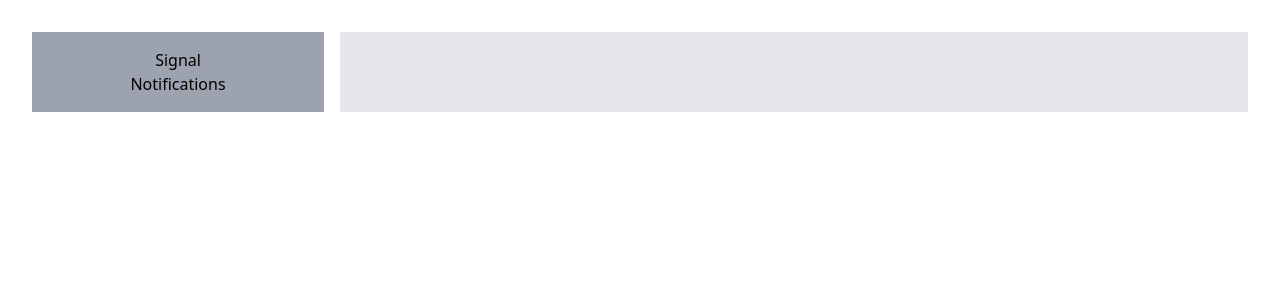
Repository: RahmanRakib9/Aurora-client-side
Page: /
The author's editor kept a copy of each file at every save. The page is drawn from the files as they stood at one save, then again after the next save.
The browser window is 1280 px wide. The pictures show the whole page.
The project was rebuilt for these pictures with package versions that can differ from the ones it lists, and the page was loaded fresh each time. Also part of the build but not shown: vite.config.js, src/components/home/Sidebar.jsx, src/components/home/Signal.jsx, src/components/home/Notification.jsx.

Above is the page before, as saved 2023-05-12 02:24:19.

After the next save:
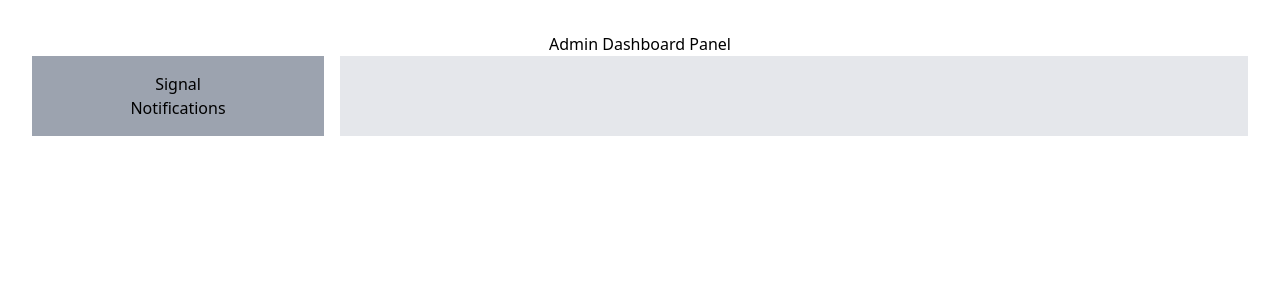
Saved 22 s later.
--- a/src/components/home/Home.jsx
+++ b/src/components/home/Home.jsx
@@ -5,6 +5,7 @@
 const Home = () => {
   return (
     <div>
+      <h1>Admin Dashboard Panel</h1>
       <div className="grid grid-cols-8 gap-4">
         <div className="col-span-8 md:col-span-2 bg-gray-400 p-4">
           <NavLink

After the save that followed:
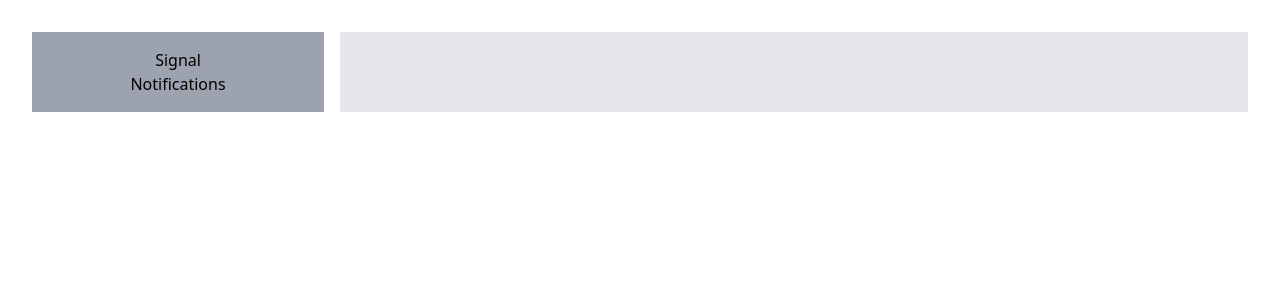
Saved 7 s later.
--- a/src/components/home/Home.jsx
+++ b/src/components/home/Home.jsx
@@ -5,7 +5,6 @@
 const Home = () => {
   return (
     <div>
-      <h1>Admin Dashboard Panel</h1>
       <div className="grid grid-cols-8 gap-4">
         <div className="col-span-8 md:col-span-2 bg-gray-400 p-4">
           <NavLink
